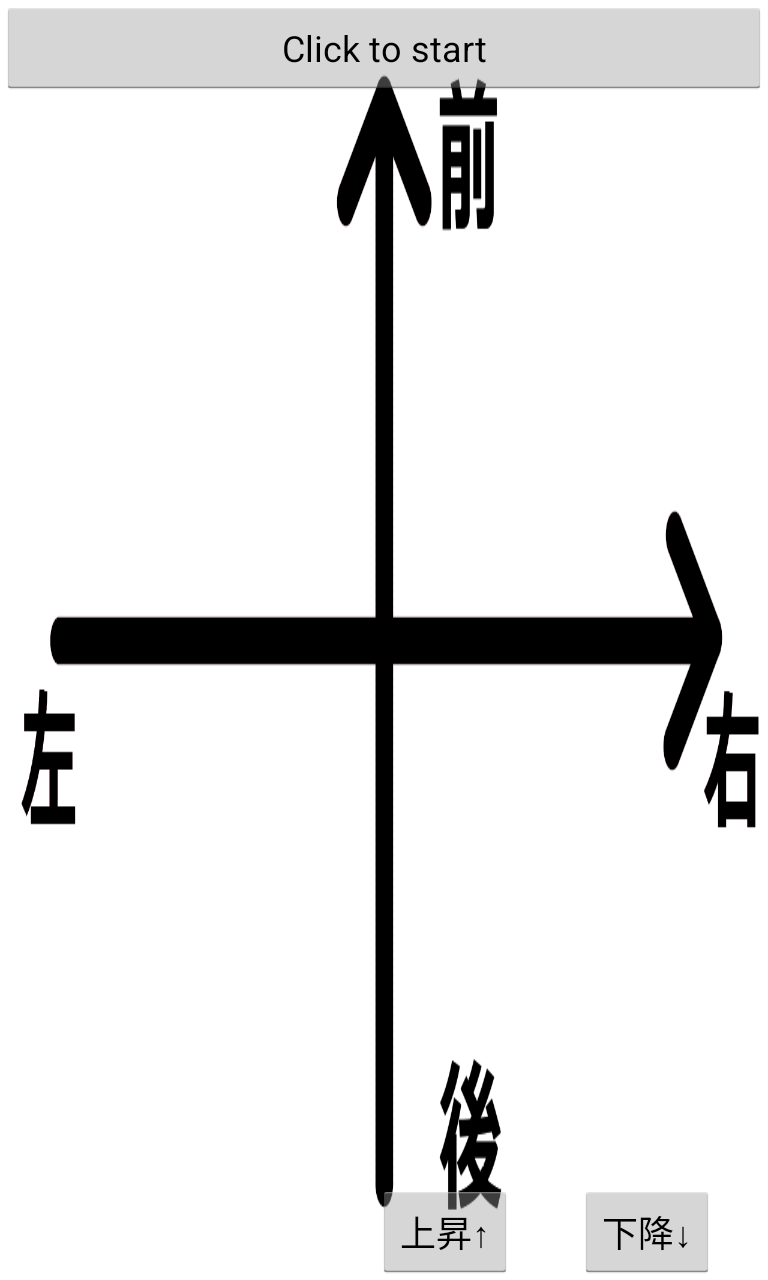
Repository: uinchester/sotuken
Layout: workspace/getCoordinate/res/layout/activity_main.xml
The author's editor kept a copy of each file at every save. The layout is drawn from the files as they stood at one save, then again after the next save.
It is drawn on a 768 x 1280 px phone screen (xhdpi) without system bars, with theme AppTheme; the app's code is not run.

Above is the layout before, as saved 2013-10-01 09:14:49.

### workspace/getCoordinate/res/layout/activity_main.xml
<RelativeLayout xmlns:android="http://schemas.android.com/apk/res/android"
    xmlns:tools="http://schemas.android.com/tools"
    android:layout_width="match_parent"
    android:layout_height="match_parent"
    android:background="@drawable/hani7"
    android:orientation="vertical"
     >

    <TextView
        android:id="@+id/text"
        android:layout_width="wrap_content"
        android:layout_height="wrap_content"
        android:layout_alignParentLeft="true"
        android:layout_alignParentTop="true"
        android:layout_marginLeft="82dp"
        android:layout_marginTop="33dp"
        android:textSize="50sp" />

    <TextView
        android:id="@+id/text2"
        android:layout_width="wrap_content"
        android:layout_height="wrap_content"
        android:layout_alignLeft="@+id/text"
        android:layout_below="@+id/text"
        android:layout_marginTop="24dp"
        android:textSize="50sp" />

    <Button
        android:id="@+id/button1"
        android:layout_width="wrap_content"
        android:layout_height="wrap_content"
        android:layout_alignParentBottom="true"
        android:layout_alignParentRight="true"
        android:layout_marginRight="127dp"
        android:text="上昇↑" />

    <Button
        android:id="@+id/button2"
        android:layout_width="wrap_content"
        android:layout_height="wrap_content"
        android:layout_alignParentBottom="true"
        android:layout_alignParentRight="true"
        android:layout_marginRight="26dp"
        android:text="下降↓" />
    <Button
    android:id="@+id/button"
    android:text="Click to start"
    android:layout_width="fill_parent"
    android:layout_height="wrap_content"/>

</RelativeLayout>

Loaded but not shown: workspace/getCoordinate/res/values-v11/styles.xml (common file); workspace/getCoordinate/res/values/styles.xml (common file)

After the next save:
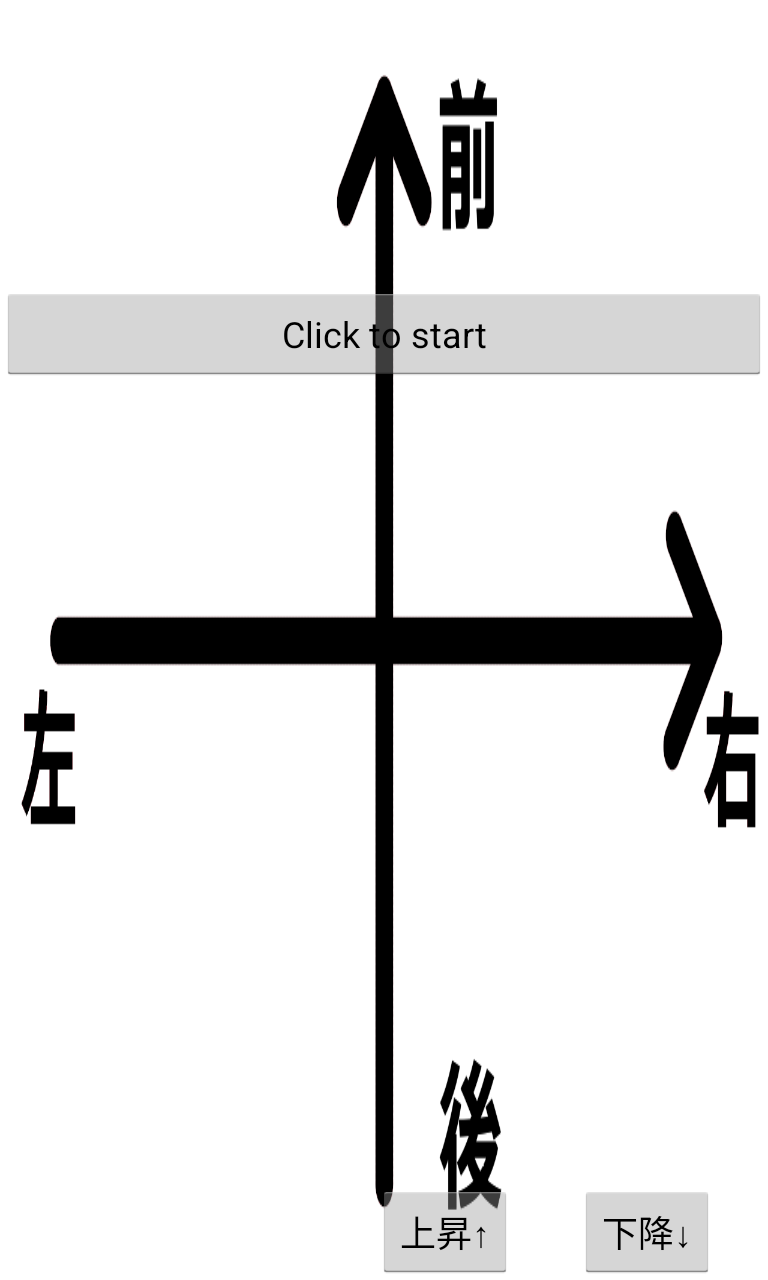
Saved 42 s later.
--- a/workspace/getCoordinate/res/layout/activity_main.xml
+++ b/workspace/getCoordinate/res/layout/activity_main.xml
@@ -42,10 +42,12 @@
         android:layout_alignParentRight="true"
         android:layout_marginRight="26dp"
         android:text="下降↓" />
+
     <Button
-    android:id="@+id/button"
-    android:text="Click to start"
-    android:layout_width="fill_parent"
-    android:layout_height="wrap_content"/>
+        android:id="@+id/button"
+        android:layout_width="fill_parent"
+        android:layout_height="wrap_content"
+        android:layout_alignBottom="@+id/text2"
+        android:text="Click to start" />
 
 </RelativeLayout>
